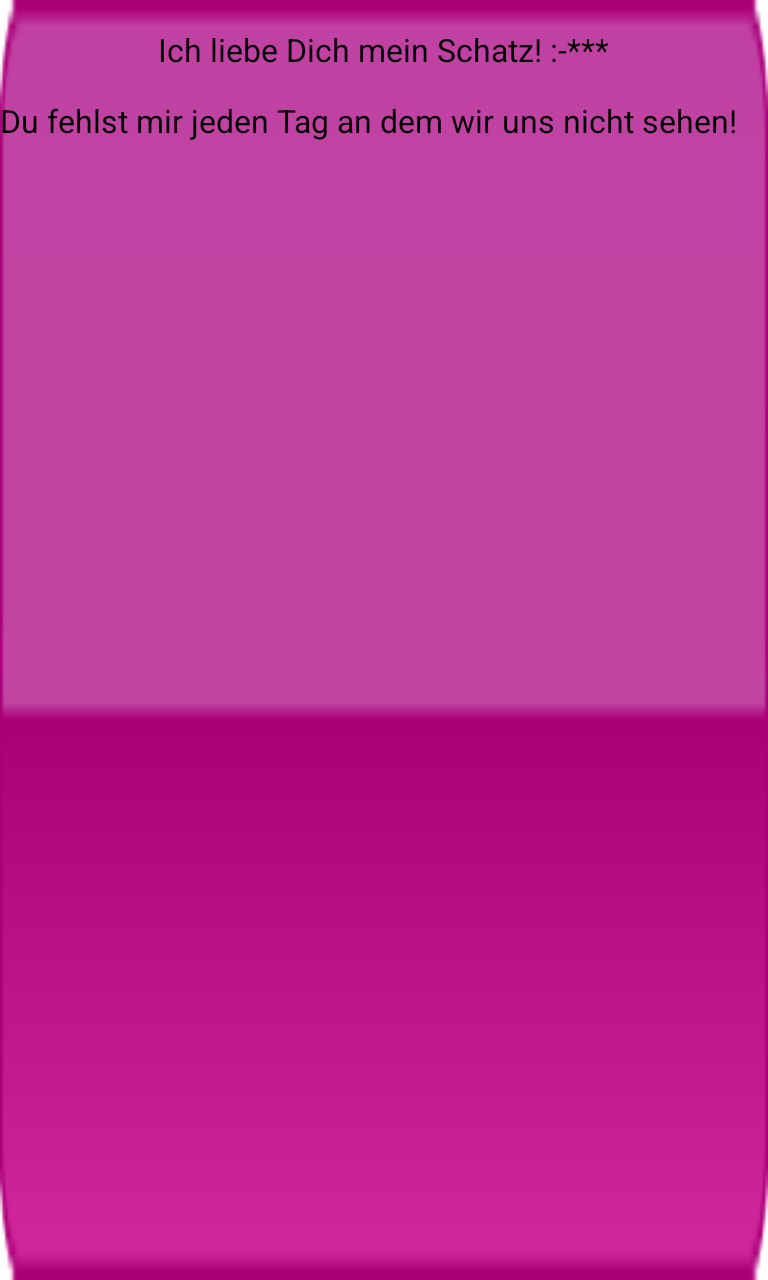
Repository: flashback2k12/ChristmasPresent
Layout: ChristmasPresent/res/layout/widget_layout2_4_1.xml
An editor plug-in stored every save of this project. The layout is shown before and after the next save, followed by the edit.
It is drawn on a 768 x 1280 px phone screen (xhdpi) without system bars, with theme AppTheme; the app's code is not run.

Above is the layout before, as saved 2012-12-19 18:59:25.

After the next save:
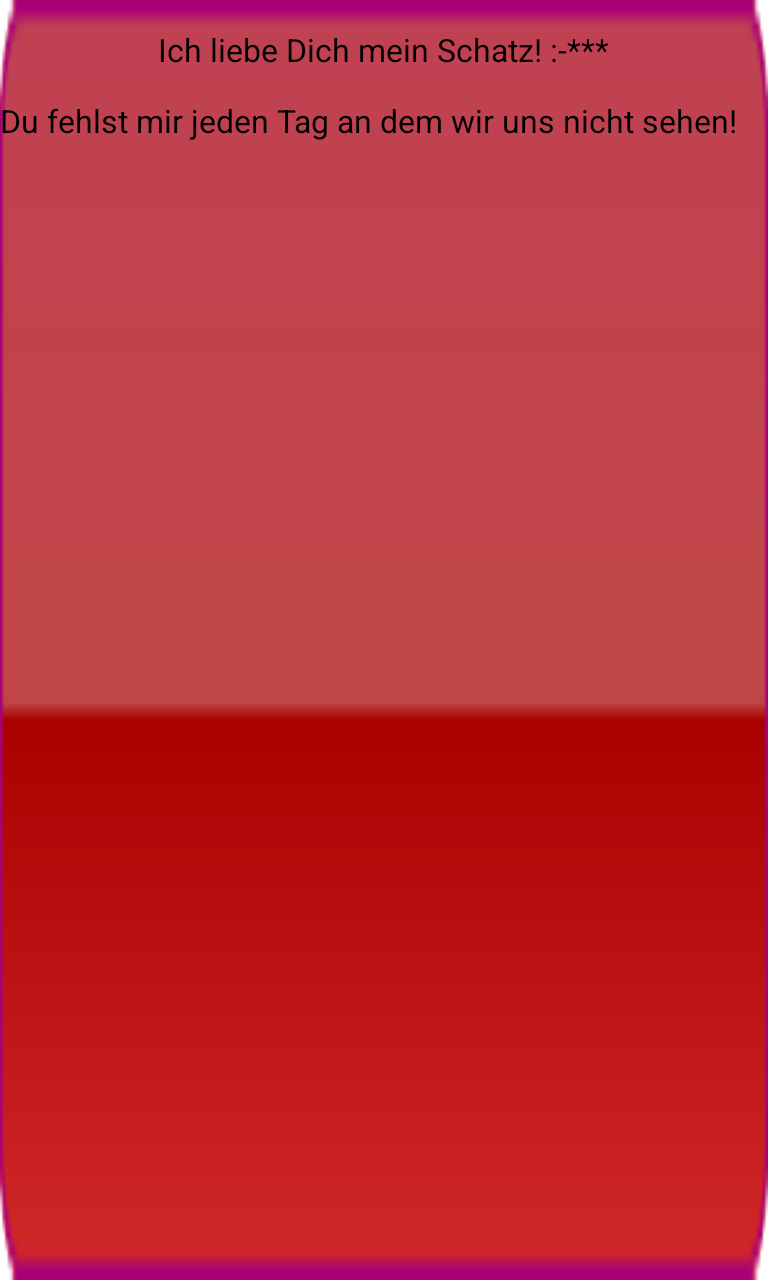
Saved 6 s later.
--- a/ChristmasPresent/res/layout/widget_layout2_4_1.xml
+++ b/ChristmasPresent/res/layout/widget_layout2_4_1.xml
@@ -1,7 +1,7 @@
 <?xml version="1.0" encoding="utf-8"?>
 <RelativeLayout xmlns:android="http://schemas.android.com/apk/res/android"
     android:id="@+id/widget"
-    style="@style/WidgetBackground_4_1"
+    style="@style/WidgetBackground2_4_1"
     android:layout_width="320dp"
     android:layout_height="100dp"
     android:layout_marginBottom="10dp"
